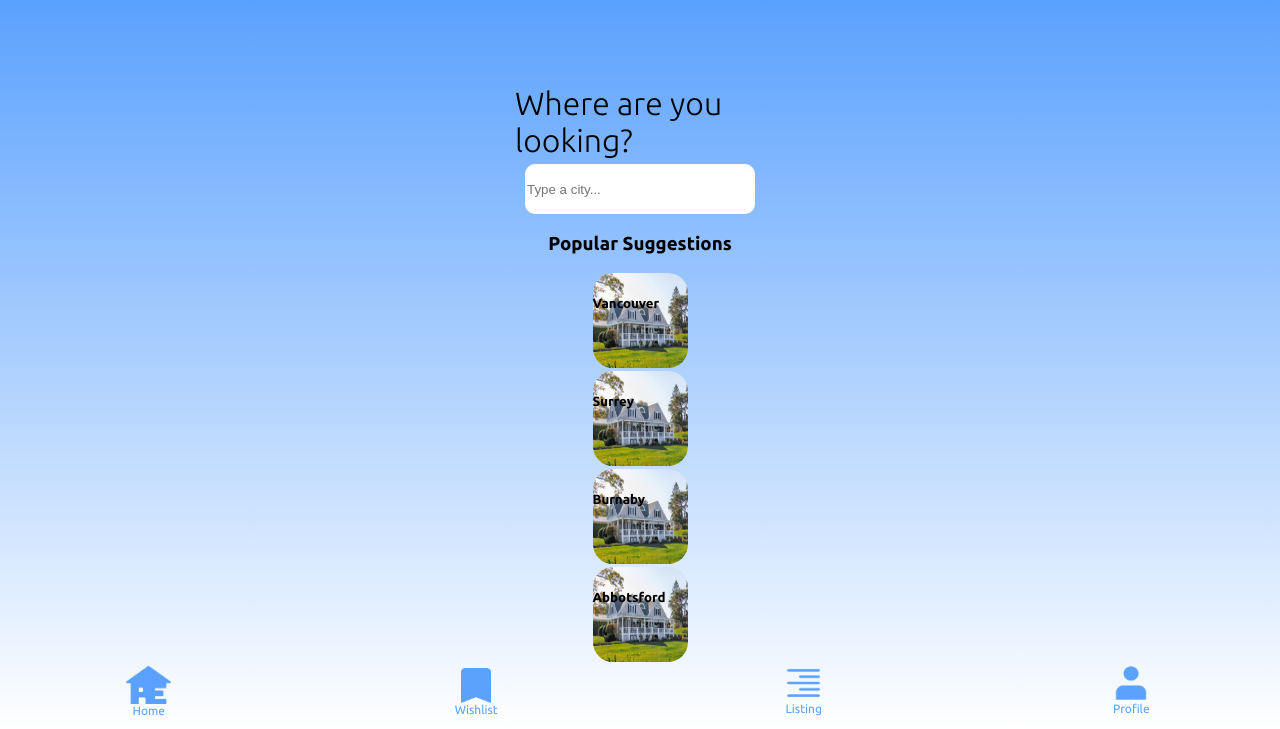
Repository: msyukurrr/realeasy
Page: /listing
The author's editor kept a copy of each file at every save. The page is drawn from the files as they stood at one save, then again after the next save.
The browser window is 1280 px wide. The pictures show the whole page.
The project was rebuilt for these pictures with package versions that can differ from the ones it lists, and the page was loaded fresh each time. The framework's server and built-in components were replaced by stand-ins that run in the browser. Also part of the build but not shown: next.config.js, components/Button.js.

Above is the page before, as saved 2023-01-27 20:35:36.

### pages/listing.js
import Heading from "../components/Heading";
import NavBar from "../components/NavBar";
import styles from "../styles/Home.module.css"
import MainButton from "../components/Button.js";
import styled from "styled-components";



export default function Listing({

}){
    return(
        <><div className={styles.listing}>

        <Heading headingtxt="Where are you looking?"/>

        <input placeholder="Type a city..." style={{width:230, height:50, borderRadius:10, backgroundColor:"white", border:'transparent'}}></input>

        <h3>Popular Suggestions</h3>

    <div>


        <div >
            <h5 style={{display:'flex', position:'absolute'}}>Vancouver</h5>
            <img src="house.png" style={{width:95, height:95, borderRadius:20}}/>

        </div>

        <div>
             <h5 style={{display:'flex', position:'absolute'}}>Surrey</h5>
            <img src="house.png" style={{width:95, height:95, borderRadius:20}}/>

        </div>

        <div>
            <h5 style={{display:'flex', position:'absolute'}}>Burnaby</h5>
            <img src="house.png" style={{width:95, height:95, borderRadius:20}}/>

        </div>

        <div>
            <h5 style={{display:'flex', position:'absolute'}}>Abbotsford</h5>
            <img src="house.png" style={{width:95, height:95, borderRadius:20}}/>

        </div>

    </div>






        </div>
        <NavBar></NavBar>

        </>
    )
}

### styles/globals.css
@import url('https://fonts.googleapis.com/css2?family=Ubuntu:ital,wght@0,300;0,400;0,500;0,700;1,300;1,400;1,500;1,700&display=swap');

html,
body {
  padding: 0;
  margin: 0;
  font-family: "Ubuntu", sans-serif;
  background-color: #E6EEF8;
}

a {
  color: inherit;
  text-decoration: none;
}

* {
  box-sizing: border-box;
}

@media (prefers-color-scheme: dark) {
  html {
    color-scheme: dark;
  }
  body {
    color: white;
    background: E6EEF8;
  }
}

### components/Heading.js
import styled from "styled-components";

const Container = styled.div`
display: flex;
margin-left: 50px;
width: 300px;
height: 100px;

`

const Word = styled.h1`

color: ${props=>props.color};
font-weight: ${props=>props.fontweight};
`

export default function Heading({
    h1="Recommended by people around you",
    fw="300",
    color="#5AA1FD",
    headingtxt="Recommended by people around you"
}){
    return<>
    <Container>
    <Word fontweight={fw}
    >{headingtxt}</Word>
    </Container>
    </>
}

### components/NavBar.js
import styled from "styled-components";
import Link from "next/link";

const NavBarCont = styled.div`
position: fixed;
bottom: 0;
width: 100%;
`
const NavCont = styled.nav`
display: flex;
justify-content: space-around;
width: 100%;
background-color: transparent;
height: 60px;
`
const HomeCont = styled.div`
width: 50px;
height: 50px;
display:flex;
flex-direction: column;
justify-content: center;
align-items: center;
margin-top: ${props=>props.margintop};
`
const WishlistCont = styled.div`
width: 50px;
height: 50px;
display:flex;
flex-direction: column;
justify-content: center;
align-items: center;
margin-left: 30px;
margin-top: ${props=>props.margintop};
margin-bottom: ${props=>props.marginbottom};
`
const ListingCont = styled.div`
width: 50px;

display:flex;
flex-direction: column;
justify-content: center;
align-items: center;
margin-left: 30px;
margin-top: ${props=>props.margintop};
`
const ProfileCont = styled.div`
display:flex;
margin-left: 30px;
margin-top: ${props=>props.margintop};
`

const Icon = styled.img`
display: flex;
justify-content: center;
height: ${props=>props.height};
width: ${props=>props.width};
display: flex;
`

const NavList = styled.span`
display: flex;
align-self: center;
color: #5AA1FD;
font-size: 12px;
`


export default function NavBar({
    mt="5px",
    mb=""
}){
    return <NavBarCont>
    <NavCont>
        <Link href="/">
            <HomeCont margintop="6px">
                <Icon src='./logo.png' height="45px" width="45px"/>
                <NavList>Home</NavList>
            </HomeCont>
        </Link>
        <Link href="/wishlist">
            <WishlistCont margintop="7px">
                <Icon src='./wishlist.png' height="35px" width="30px"></Icon>
                <NavList>Wishlist</NavList>
            </WishlistCont>
        </Link>
        <Link href="/listing">
            <ListingCont margintop="4px">
                <Icon src='./listing.png' height="38px" width="45px"></Icon>
                <NavList>Listing</NavList>
            </ListingCont>
        </Link>
        <Link href="/profile">
            <ListingCont margintop="4px">
                <Icon src='./user.png' height="38px" width="40px"></Icon>
                <NavList>Profile</NavList>
            </ListingCont>
        </Link>
    </NavCont>
    </NavBarCont>
}

### styles/Home.module.css
.container {
  padding: 0 2rem;
}

.main {
  min-height: 100vh;
  padding: 4rem 0;
  flex: 1;
  display: flex;
  flex-direction: column;
  justify-content: center;
  align-items: center;
}


.listing {
  min-height: 100vh;
  padding: 4rem 0;
  flex: 1;
  display: flex;
  flex-direction: column;
  justify-content: center;
  align-items: center;
  background-image: linear-gradient(#5AA1FD, white);
}

.footer {
  display: flex;
  flex: 1;
  padding: 2rem 0;
  border-top: 1px solid #eaeaea;
  justify-content: center;
  align-items: center;
}

.footer a {
  display: flex;
  justify-content: center;
  align-items: center;
  flex-grow: 1;
}

.title a {
  color: #0070f3;
  text-decoration: none;
}

.title a:hover,
.title a:focus,
.title a:active {
  text-decoration: underline;
}

.title {
  margin: 0;
  line-height: 1.15;
  font-size: 4rem;
}

.title,
.description {
  text-align: center;
}

.description {
  margin: 4rem 0;
  line-height: 1.5;
  font-size: 1.5rem;
}

.code {
  background: #fafafa;
  border-radius: 5px;
  padding: 0.75rem;
  font-size: 1.1rem;
  font-family: Menlo, Monaco, Lucida Console, Liberation Mono, DejaVu Sans Mono,
    Bitstream Vera Sans Mono, Courier New, monospace;
}

.grid {
  display: flex;
  align-items: center;
  justify-content: center;
  flex-wrap: wrap;
  max-width: 800px;
}

.card {
  margin: 1rem;
  padding: 1.5rem;
  text-align: left;
  color: inherit;
  text-decoration: none;
  border: 1px solid #eaeaea;
  border-radius: 10px;
  transition: color 0.15s ease, border-color 0.15s ease;
  max-width: 300px;
}

.card:hover,
.card:focus,
.card:active {
  color: #0070f3;
  border-color: #0070f3;
}

.card h2 {
  margin: 0 0 1rem 0;
  font-size: 1.5rem;
}

.card p {
  margin: 0;
  font-size: 1.25rem;
  line-height: 1.5;
}

.logo {
  height: 1em;
  margin-left: 0.5rem;
}

@media (max-width: 600px) {
  .grid {
    width: 100%;
    flex-direction: column;
  }
}

@media (prefers-color-scheme: dark) {
  .card,
  .footer {
    border-color: #222;
  }
  .code {
    background: #111;
  }
  .logo img {
    filter: invert(1);
  }
}

Loaded but not shown: pages/_app.js (common file)

After the next save:
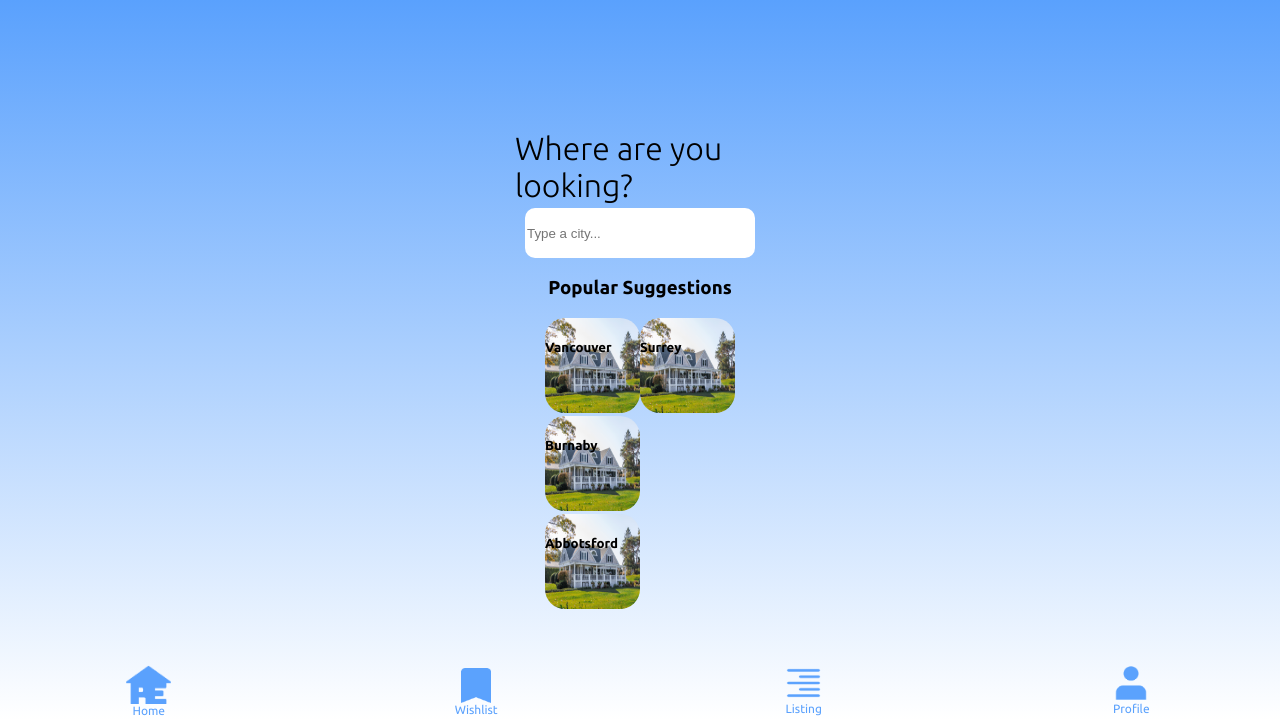
Saved 39 s later.
--- a/pages/listing.js
+++ b/pages/listing.js
@@ -20,17 +20,18 @@ export default function Listing({
 
     <div>
 
+        <div style={{display:'flex', flexDirection:'row'}}>
+            <div>
+                <h5 style={{display:'flex', position:'absolute'}}>Vancouver</h5>
+                <img src="house.png" style={{width:95, height:95, borderRadius:20}}/>
 
-        <div >
-            <h5 style={{display:'flex', position:'absolute'}}>Vancouver</h5>
-            <img src="house.png" style={{width:95, height:95, borderRadius:20}}/>
+            </div>
 
-        </div>
+            <div>
+                <h5 style={{display:'flex', position:'absolute'}}>Surrey</h5>
+                <img src="house.png" style={{width:95, height:95, borderRadius:20}}/>
 
-        <div>
-             <h5 style={{display:'flex', position:'absolute'}}>Surrey</h5>
-            <img src="house.png" style={{width:95, height:95, borderRadius:20}}/>
-
+            </div>
         </div>
 
         <div>
